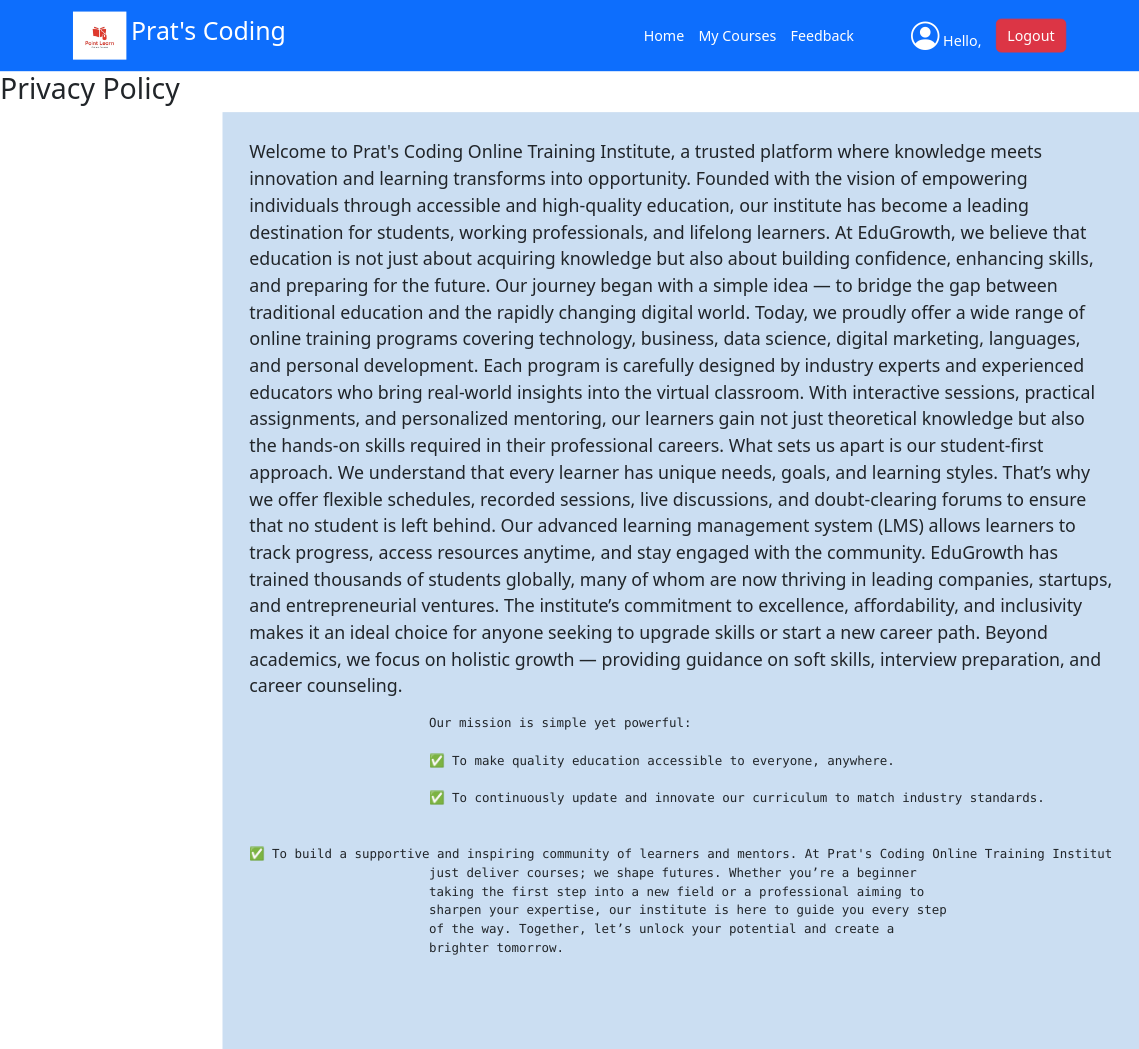
Repository: Pratikshae/OnlineLearningEPlatform
Page: http://localhost/privacy-policy
The author's editor kept a copy of each file at every save. The page is drawn from the files as they stood at one save, then again after the next save.
The browser window is 1280 px wide. The pictures show the whole page, at 89% of full size.
The page is this project's Thymeleaf template; nobody is signed in. The template is opened directly, without the code that normally fills it, so the values that code supplies are empty.

Above is the page before, as saved 2025-09-22 09:44:58.

### EducationCRMProject/src/main/resources/templates/privacy-policy.html
<!DOCTYPE html>
<html lang="en" xmlns:th="http://www.thymeleaf.org">
<head>
<meta charset="utf-8" />
<meta name="viewport" content="width=device-width, initial-scale=1" />
<title>Privacy Policy</title>
<link
	href="https://cdn.jsdelivr.net/npm/bootstrap@5.3.7/dist/css/bootstrap.min.css"
	rel="stylesheet"
	integrity="sha384-LN+7fdVzj6u52u30Kp6M/trliBMCMKTyK833zpbD+pXdCLuTusPj697FH4R/5mcr"
	crossorigin="anonymous" />

<link rel="stylesheet"
	href="https://cdn.jsdelivr.net/npm/bootstrap-icons@1.13.1/font/bootstrap-icons.min.css">
<link rel="stylesheet" th:href="@{/css/style.css}">

</head>
<body>
	<div th:replace="~{fragments/user-header :: u-header}"></div>
	<h2 class="justify-content-center align-items-center">Privacy
		Policy</h2>

	<div class="main-content">
		<p class="justify-content-center align-items-center"
			style="font-size: 20px">Welcome to Prat's Coding Online Training
			Institute, a trusted platform where knowledge meets innovation and
			learning transforms into opportunity. Founded with the vision of
			empowering individuals through accessible and high-quality education,
			our institute has become a leading destination for students, working
			professionals, and lifelong learners. At EduGrowth, we believe that
			education is not just about acquiring knowledge but also about
			building confidence, enhancing skills, and preparing for the future.

			Our journey began with a simple idea — to bridge the gap between
			traditional education and the rapidly changing digital world. Today,
			we proudly offer a wide range of online training programs covering
			technology, business, data science, digital marketing, languages, and
			personal development. Each program is carefully designed by industry
			experts and experienced educators who bring real-world insights into
			the virtual classroom. With interactive sessions, practical
			assignments, and personalized mentoring, our learners gain not just
			theoretical knowledge but also the hands-on skills required in their
			professional careers. What sets us apart is our student-first
			approach. We understand that every learner has unique needs, goals,
			and learning styles. That’s why we offer flexible schedules, recorded
			sessions, live discussions, and doubt-clearing forums to ensure that
			no student is left behind. Our advanced learning management system
			(LMS) allows learners to track progress, access resources anytime,
			and stay engaged with the community. EduGrowth has trained thousands
			of students globally, many of whom are now thriving in leading
			companies, startups, and entrepreneurial ventures. The institute’s
			commitment to excellence, affordability, and inclusivity makes it an
			ideal choice for anyone seeking to upgrade skills or start a new
			career path. Beyond academics, we focus on holistic growth —
			providing guidance on soft skills, interview preparation, and career
			counseling.
		<pre>
			Our mission is simple yet powerful:

			✅ To make quality education accessible to everyone, anywhere.

			✅ To continuously update and innovate our curriculum to match industry standards.

			<p>✅ To build a supportive and inspiring community of learners and mentors. At Prat's Coding Online Training Institute, we don’t
			just deliver courses; we shape futures. Whether you’re a beginner
			taking the first step into a new field or a professional aiming to
			sharpen your expertise, our institute is here to guide you every step
			of the way. Together, let’s unlock your potential and create a
			brighter tomorrow.</p>
			</pre>
		</p>
	</div>
</body>
</html>

### EducationCRMProject/src/main/resources/templates/fragments/user-header.html
<!-- fragments/header.html -->
<!DOCTYPE html>
<html xmlns:th="http://www.thymeleaf.org">
<body>
	<header th:fragment="u-header">
		<nav class="navbar navbar-expand-lg bg-primary">
			<div class="container">
				<a class="navbar-brand" href="/index"> <img
					src="images/logo.png" alt="Smart Programming Logo" width="60" /> <span
					class="h3 text-white">Prat's Coding</span>
				</a>
				<button class="navbar-toggler" type="button"
					data-bs-toggle="collapse" data-bs-target="#navbarSupportedContent"
					aria-controls="navbarSupportedContent" aria-expanded="false"
					aria-label="Toggle navigation">
					<span class="navbar-toggler-icon"></span>
				</button>
				<div class="collapse navbar-collapse" id="navbarSupportedContent">
					<ul class="navbar-nav ms-auto mb-2 mb-lg-0">
						<li class="nav-item"><a class="nav-link text-white"
							aria-current="page" href="/index">Home</a></li>
					</ul>
					<ul class="navbar-nav mb-2 mb-lg-0">
						<li class="nav-item"><a class="nav-link text-white"
							aria-current="page" href="/myCourses">My Courses</a></li>
					</ul>

					<ul class="navbar-nav mb-2 mb-lg-0">
						<li class="nav-item"><a class="nav-link text-white"
							aria-current="page" href="/provideFeedback">Feedback</a></li>
					</ul>

					<ul class="navbar-nav mb-2 mb-lg-0 ms-5">
						<li class="nav-item"><a class="nav-link text-white"
							aria-current="page" href="/userProfile"> <i
								class="bi bi-person-circle" style="font-size: 2rem;"></i> Hello,
								<span th:text="${sessionUser.name}"></span>
						</a></li>
					</ul>
					<a href="/login" class="btn btn-danger ms-2"> Logout </a>
				</div>
			</div>
		</nav>
	</header>
</body>
</html>

### EducationCRMProject/src/main/resources/static/css/style.css
.sidebar {
    width: 250px;
    background-color: black;
    position: fixed;
    top: 0;
    left: 0;
    height: 100%;
    z-index: 1000;   /* ensure it stays above content */
}

.sidebar .nav-link {
    color: white;
}
.sidebar .nav-link:hover {
	background-color: #1075e0;
}

.main-content {
    margin-left: 250px;
    width: calc(100% - 250px);
    padding: 30px;
    background:#cbdef2;
    min-height: 100vh;
    position: relative;
    z-index: 1;   /* ensure content sits beside, not behind */
}

After the next save:
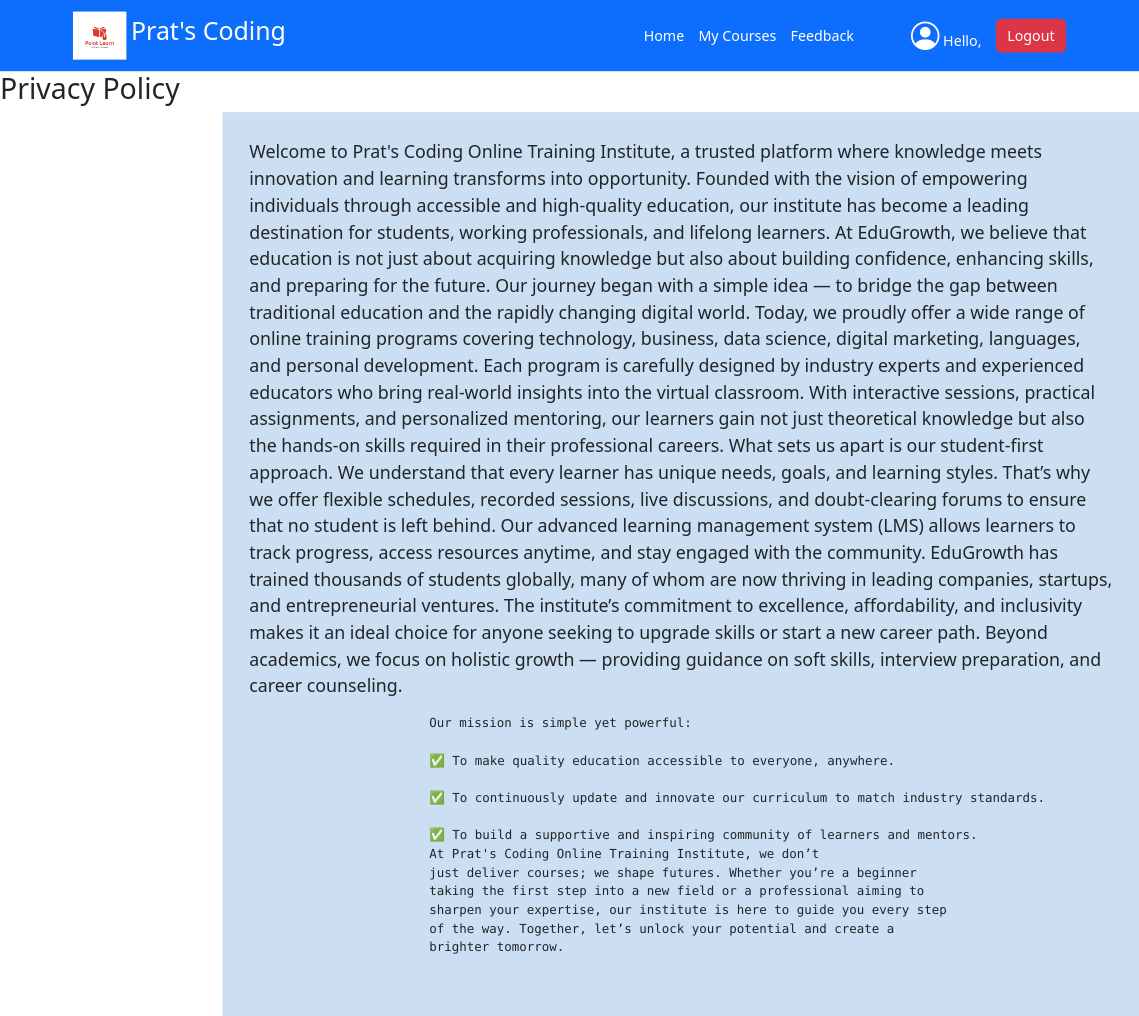
Saved 66 s later.
--- a/EducationCRMProject/src/main/resources/templates/privacy-policy.html
+++ b/EducationCRMProject/src/main/resources/templates/privacy-policy.html
@@ -61,12 +61,13 @@
 
 			✅ To continuously update and innovate our curriculum to match industry standards.
 
-			<p>✅ To build a supportive and inspiring community of learners and mentors. At Prat's Coding Online Training Institute, we don’t
+			✅ To build a supportive and inspiring community of learners and mentors.
+			At Prat's Coding Online Training Institute, we don’t
 			just deliver courses; we shape futures. Whether you’re a beginner
 			taking the first step into a new field or a professional aiming to
 			sharpen your expertise, our institute is here to guide you every step
 			of the way. Together, let’s unlock your potential and create a
-			brighter tomorrow.</p>
+			brighter tomorrow.
 			</pre>
 		</p>
 	</div>
